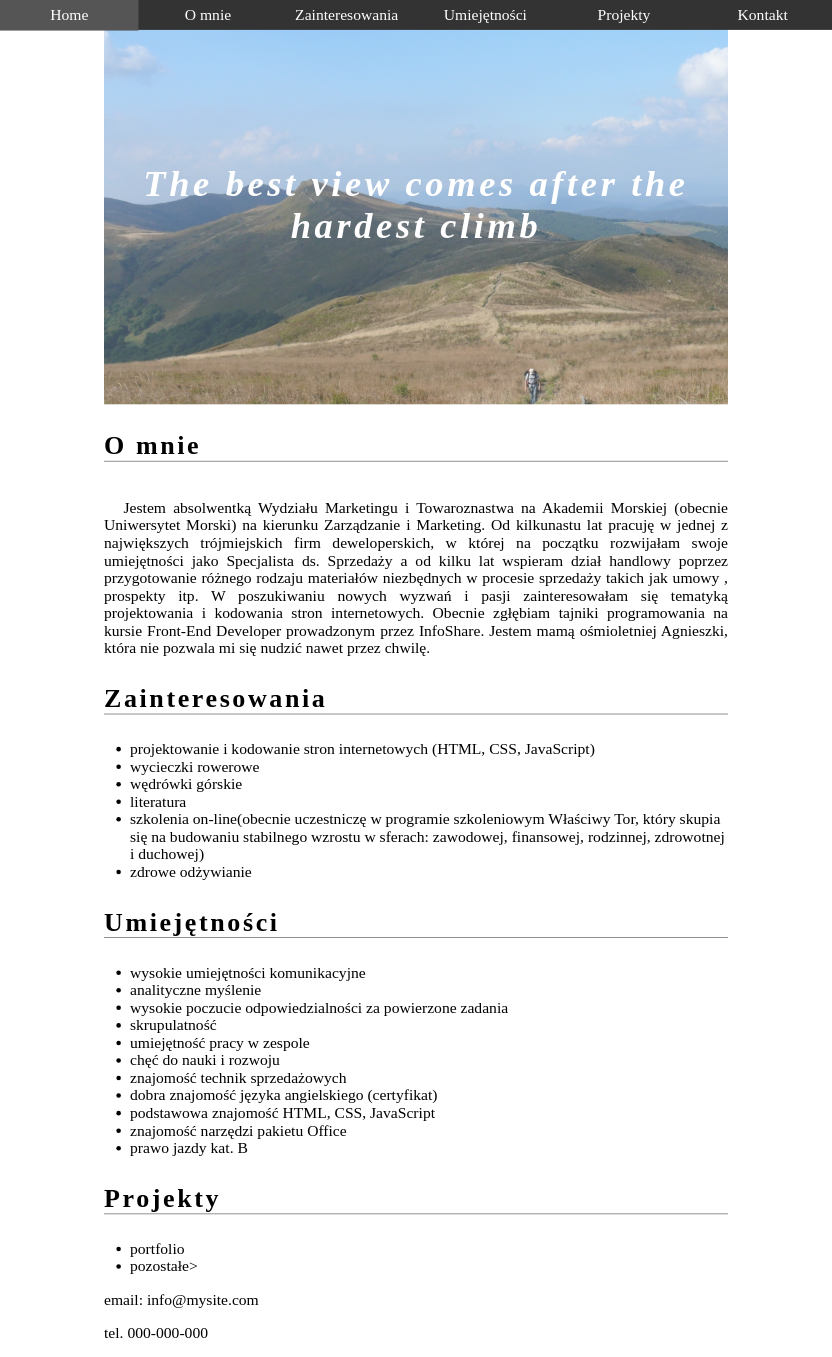
Repository: MagJaw/portfolio
Page: portfolio.html
The author's editor kept a copy of each file at every save. The page is drawn from the files as they stood at one save, then again after the next save.
The browser window is 1280 px wide. The pictures show the whole page, at 65% of full size.

Above is the page before, as saved 2018-11-12 17:58:15.

After the next save:
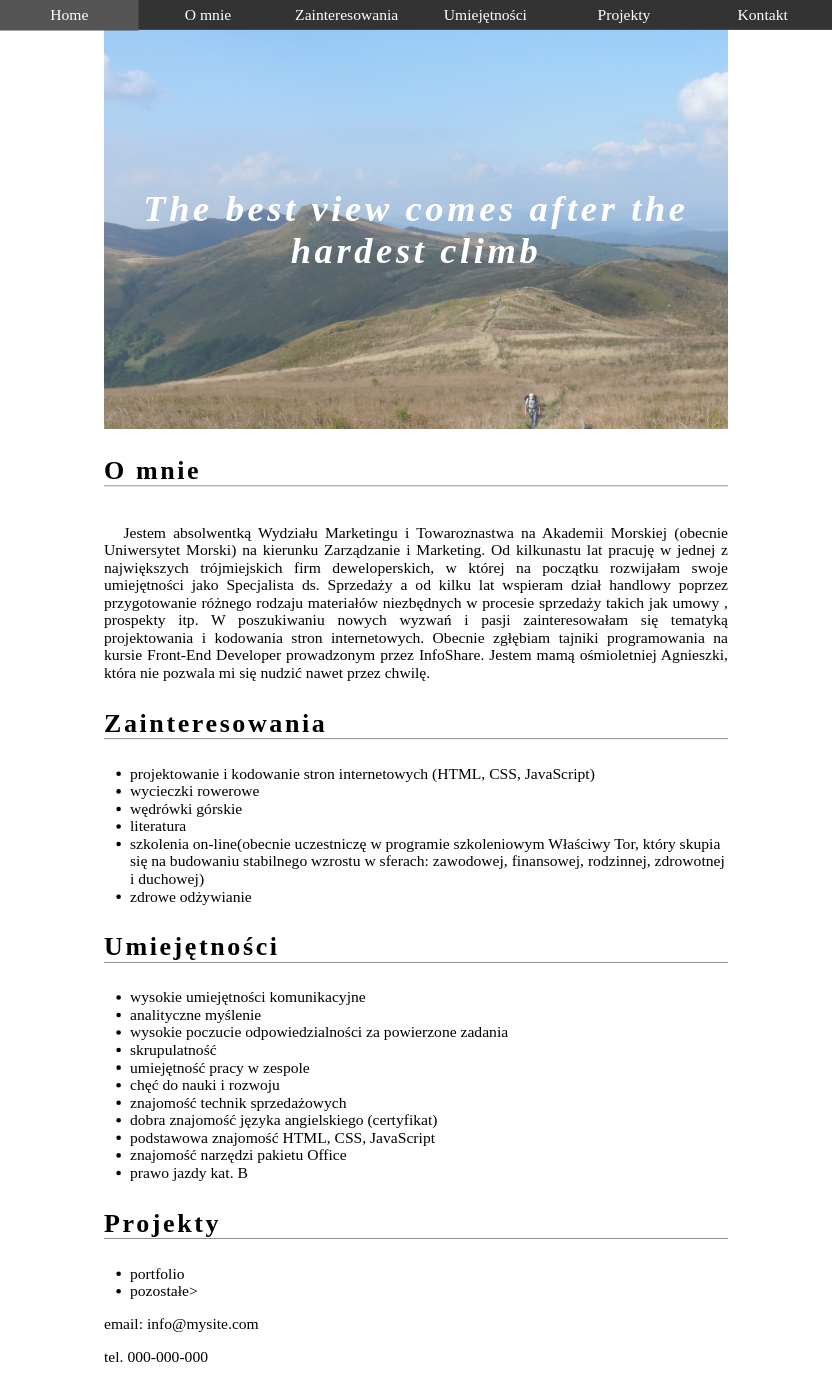
Saved 63 s later.
--- a/main.css
+++ b/main.css
@@ -95,5 +95,8 @@ flex: 1 1 0;
     position: fixed;
     }
 
+.motto__container {
+margin-top: 46px;
+}
 
 }
